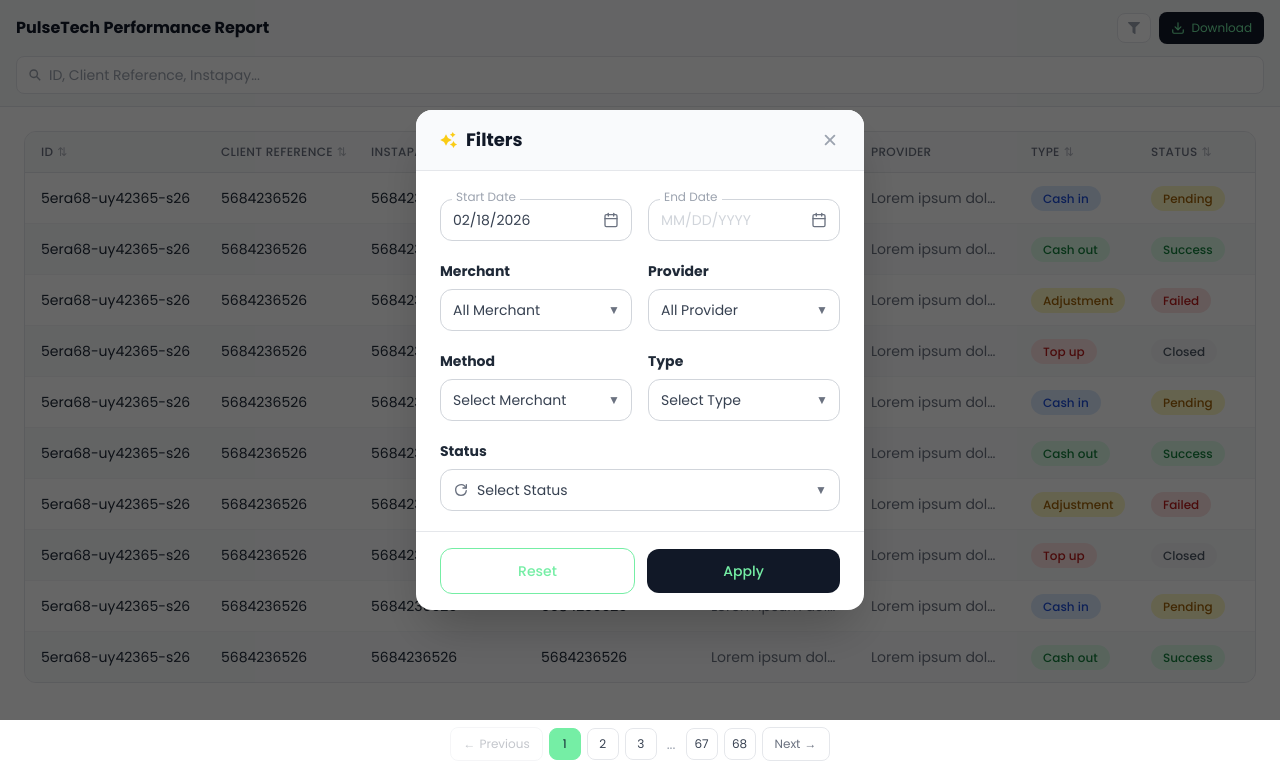
Repository: ShyrineJardin/pulse_admin
Page: /dashboard, after clicking the first element matching `button.flex`
The author's editor kept a copy of each file at every save. The page is drawn from the files as they stood at one save, then again after the next save.
The browser window is 1280 px wide. The pictures show the whole page.
The project was rebuilt for these pictures with package versions that can differ from the ones it lists, and the page was loaded fresh each time. Also part of the build but not shown: src/components/Login.jsx.

Above is the page before, as saved 2026-03-26 15:55:18.

### src/index.css
@import url('https://fonts.googleapis.com/css2?family=Inter:ital,opsz,wght@0,14..32,100..900;1,14..32,100..900&family=Poppins:ital,wght@0,100;0,200;0,300;0,400;0,500;0,600;0,700;0,800;0,900;1,100;1,200;1,300;1,400;1,500;1,600;1,700;1,800;1,900&display=swap');

@tailwind base;
@tailwind components;
@tailwind utilities;

*{
    margin: 0;
    padding: 0;
    box-sizing: border-box;
}

body {
    font-family: poppins, sans-serif;
}

### src/App.js
import { BrowserRouter, Routes, Route } from "react-router-dom";
import Login from "./components/Login";
import Dashboard from "./components/Dashboard";

function App() {
  return (
    <BrowserRouter>
      <Routes>
        <Route path="/" element={<Login />} />
        <Route path="/dashboard" element={<Dashboard />} />
      </Routes>
    </BrowserRouter>
  );
}

export default App;

### src/components/Dashboard.jsx
import { useState, useMemo, useRef, useEffect } from "react";
import { IoSearchSharp, IoClose } from "react-icons/io5";
import { FiDownload } from "react-icons/fi";
import { FaFilter } from "react-icons/fa";
import { RiSparkling2Fill } from "react-icons/ri";
import { LuCalendar } from "react-icons/lu";
import { TbReload } from "react-icons/tb";
import { BsThreeDotsVertical } from "react-icons/bs";

const TYPES = ["Cash in", "Cash out", "Adjustment", "Top up"];
const STATUSES = ["Pending", "Success", "Failed", "Closed"];

const TYPE_STYLES = {
  "Cash in":    "bg-blue-100 text-blue-700",
  "Cash out":   "bg-green-100 text-green-700",
  "Adjustment": "bg-yellow-100 text-yellow-700",
  "Top up":     "bg-red-100 text-red-700",
};

const STATUS_STYLES = {
  "Pending": "bg-yellow-100 text-yellow-700",
  "Success": "bg-green-100 text-green-700",
  "Failed":  "bg-red-100 text-red-700",
  "Closed":  "bg-gray-100 text-gray-600",
};

const generateData = (count = 680) =>
  Array.from({ length: count }, (_, i) => ({
    id: "5era68-uy42365-s26",
    clientRef: "5684236526",
    instapayRef: "5684236526",
    providerRef: "5684236526",
    merchant: "Lorem ipsum dolor sit amet",
    provider: "Lorem ipsum dolor sit amet",
    type: TYPES[i % TYPES.length],
    status: STATUSES[i % STATUSES.length],
    amount: "₱ 790.00",
    fees: "₱ 10.00",
    error: "N/A",
    paidDate: "01/09/2026",
    createdDate: "01/09/2026",
  }));

const ALL_DATA = generateData();
const PER_PAGE = 10;

// ── Filter Modal ──────────────────────────────────────────────
function FilterModal({ onClose, onApply }) {
  const [startDate, setStartDate] = useState("02/18/2026");
  const [endDate, setEndDate] = useState("");
  const [merchant, setMerchant] = useState("All Merchant");
  const [provider, setProvider] = useState("All Provider");
  const [method, setMethod] = useState("");
  const [type, setType] = useState("");
  const [status, setStatus] = useState("");

  const handleReset = () => {
    setStartDate(""); setEndDate("");
    setMerchant("All Merchant"); setProvider("All Provider");
    setMethod(""); setType(""); setStatus("");
  };

  return (
    <div className="fixed inset-0 z-50 flex items-center justify-center bg-black/60" onClick={onClose}>
      <div className="bg-white rounded-2xl w-full max-w-md mx-4 shadow-2xl" onClick={(e) => e.stopPropagation()}>
        <div className="flex items-center justify-between px-6 py-4 bg-[#F9FAFC] rounded-t-2xl border-b border-gray-200">
          <div className="flex items-center gap-2">
            <RiSparkling2Fill className="text-yellow-400 text-lg" />
            <h2 className="text-lg font-bold text-gray-900">Filters</h2>
          </div>
          <button onClick={onClose} className="text-gray-400 hover:text-gray-700">
            <IoClose className="text-xl" />
          </button>
        </div>

        <div className="px-6 py-5 space-y-5">
          {/* Dates */}
          <div className="grid grid-cols-2 gap-4">
            {[
              { label: "Start Date", value: startDate, setter: setStartDate },
              { label: "End Date",   value: endDate,   setter: setEndDate   },
            ].map(({ label, value, setter }) => (
              <div key={label} className="relative mt-2">
                <label className="absolute -top-2.5 left-3 bg-white px-1 text-xs text-gray-400 z-10">{label}</label>
                <div className="flex items-center border border-gray-300 rounded-xl px-3 py-2.5 gap-2">
                  <input type="text" value={value} onChange={(e) => setter(e.target.value)} placeholder="MM/DD/YYYY"
                    className="text-sm text-gray-700 outline-none w-full bg-transparent placeholder:text-gray-300" />
                  <LuCalendar className="text-gray-500 text-base flex-shrink-0" />
                </div>
              </div>
            ))}
          </div>

          {/* Merchant & Provider */}
          <div className="grid grid-cols-2 gap-4">
            {[
              { label: "Merchant", value: merchant, setter: setMerchant, options: ["All Merchant","Merchant A","Merchant B"] },
              { label: "Provider", value: provider, setter: setProvider, options: ["All Provider","Provider A","Provider B"] },
            ].map(({ label, value, setter, options }) => (
              <div key={label}>
                <label className="block text-sm font-bold text-gray-800 mb-2">{label}</label>
                <div className="relative">
                  <select value={value} onChange={(e) => setter(e.target.value)}
                    className="w-full appearance-none border border-gray-300 rounded-xl px-3 py-2.5 text-sm text-gray-700 outline-none bg-white cursor-pointer pr-8">
                    {options.map((o) => <option key={o}>{o}</option>)}
                  </select>
                  <span className="pointer-events-none absolute right-3 top-1/2 -translate-y-1/2 text-gray-500 text-xs">▼</span>
                </div>
              </div>
            ))}
          </div>

          {/* Method & Type */}
          <div className="grid grid-cols-2 gap-4">
            {[
              { label: "Method", value: method, setter: setMethod, placeholder: "Select Merchant", options: ["Online","Offline"] },
              { label: "Type",   value: type,   setter: setType,   placeholder: "Select Type",     options: TYPES },
            ].map(({ label, value, setter, placeholder, options }) => (
              <div key={label}>
                <label className="block text-sm font-bold text-gray-800 mb-2">{label}</label>
                <div className="relative">
                  <select value={value} onChange={(e) => setter(e.target.value)}
                    className="w-full appearance-none border border-gray-300 rounded-xl px-3 py-2.5 text-sm text-gray-700 outline-none bg-white cursor-pointer pr-8">
                    <option value="">{placeholder}</option>
                    {options.map((o) => <option key={o}>{o}</option>)}
                  </select>
                  <span className="pointer-events-none absolute right-3 top-1/2 -translate-y-1/2 text-gray-500 text-xs">▼</span>
                </div>
              </div>
            ))}
          </div>

          {/* Status */}
          <div>
            <label className="block text-sm font-bold text-gray-800 mb-2">Status</label>
            <div className="relative flex items-center border border-gray-300 rounded-xl px-3 py-2.5 gap-2">
              <TbReload className="text-gray-500 text-base flex-shrink-0" />
              <select value={status} onChange={(e) => setStatus(e.target.value)}
                className="w-full appearance-none text-sm text-gray-700 outline-none bg-transparent cursor-pointer pr-6">
                <option value="">Select Status</option>
                {STATUSES.map((s) => <option key={s}>{s}</option>)}
              </select>
              <span className="pointer-events-none absolute right-3 top-1/2 -translate-y-1/2 text-gray-500 text-xs">▼</span>
            </div>
          </div>
        </div>

        <div className="flex items-center gap-3 px-6 py-4 border-t border-gray-200">
          <button onClick={handleReset}
            className="flex-1 py-3 rounded-xl border border-primary text-primary text-sm font-medium hover:bg-green-50 transition-colors">
            Reset
          </button>
          <button onClick={() => { onApply({}); onClose(); }}
            className="flex-1 py-3 rounded-xl bg-gray-900 text-primary text-sm font-medium hover:bg-gray-800 transition-colors">
            Apply
          </button>
        </div>
      </div>
    </div>
  );
}

// ── Mobile Row Card ───────────────────────────────────────────
function MobileCard({ row, i }) {
  const [expanded, setExpanded] = useState(false);
  const [menuOpen, setMenuOpen] = useState(false);
  const menuRef = useRef(null);

  useEffect(() => {
    const handler = (e) => { if (menuRef.current && !menuRef.current.contains(e.target)) setMenuOpen(false); };
    document.addEventListener("mousedown", handler);
    return () => document.removeEventListener("mousedown", handler);
  }, []);

  const rowBg = i % 2 === 0 ? "bg-white" : "bg-[#F9FAFC]";

  const Field = ({ label, children }) => (
    <div className={`flex items-center justify-between py-3 px-4 border-b border-gray-100 ${rowBg}`}>
      <span className="text-xs font-semibold text-gray-500 tracking-wide uppercase w-36 flex-shrink-0">{label}</span>
      <span className="text-sm text-gray-800 text-right">{children}</span>
    </div>
  );

  return (
    <div className={`rounded-2xl border-2 border-dashed border-blue-300 overflow-hidden mb-3`}>
      {/* Card Header */}
      <div className={`flex items-center justify-between px-4 py-3 ${rowBg} border-b border-gray-100`}>
        <div className="flex items-center gap-2">
          <span className="text-xs font-semibold text-gray-500 uppercase tracking-wide">ID</span>
          <span className="text-sm font-semibold text-gray-800">{row.id}</span>
        </div>
        <div className="relative" ref={menuRef}>
          <button onClick={() => setMenuOpen((v) => !v)} className="p-1 rounded-md hover:bg-gray-100">
            <BsThreeDotsVertical className="text-gray-500" />
          </button>
          {menuOpen && (
            <div className="absolute right-0 top-8 z-20 bg-white rounded-xl shadow-lg border border-gray-100 overflow-hidden w-44">
              <button className="w-full text-left px-4 py-2.5 text-sm text-gray-700 hover:bg-gray-50">Details</button>
              <button className="w-full text-left px-4 py-2.5 text-sm text-white bg-primary hover:bg-dark-primary">Resend Webhook</button>
            </div>
          )}
        </div>
      </div>

      {/* Always-visible fields */}
      <Field label="Client Reference">{row.clientRef}</Field>
      <Field label="Instapay Reference">{row.instapayRef}</Field>
      <Field label="Provider Reference">{row.providerRef}</Field>
      <Field label="Merchant"><span className="truncate max-w-[160px] block">{row.merchant}</span></Field>
      <Field label="Provider"><span className="truncate max-w-[160px] block">{row.provider}</span></Field>
      <Field label="Type">
        <span className={`px-3 py-1 rounded-full text-xs font-medium ${TYPE_STYLES[row.type]}`}>{row.type}</span>
      </Field>
      <Field label="Status">
        <span className={`px-3 py-1 rounded-full text-xs font-medium ${STATUS_STYLES[row.status]}`}>{row.status}</span>
      </Field>
      <Field label="Amount">{row.amount}</Field>

      {/* Expandable fields */}
      {expanded && (
        <>
          <Field label="Fees">{row.fees}</Field>
          <Field label="Error">{row.error}</Field>
          <Field label="Paid Date">{row.paidDate}</Field>
          <Field label="Created Date">{row.createdDate}</Field>
        </>
      )}

      {/* Show More / Less */}
      <button
        onClick={() => setExpanded((v) => !v)}
        className={`w-full py-3 text-sm font-bold text-gray-800 text-center border-t border-gray-200 ${rowBg} hover:bg-gray-100 transition-colors`}
      >
        {expanded ? "Show Less" : "Show More"}
      </button>
    </div>
  );
}

// ── Main Dashboard ────────────────────────────────────────────
export default function Dashboard() {
  const [search, setSearch] = useState("");
  const [currentPage, setCurrentPage] = useState(1);
  const [sortCol, setSortCol] = useState(null);
  const [sortAsc, setSortAsc] = useState(true);
  const [showFilter, setShowFilter] = useState(false);

  const filtered = useMemo(() => {
    const q = search.toLowerCase();
    return ALL_DATA.filter((r) =>
      r.id.toLowerCase().includes(q) ||
      r.clientRef.includes(q) ||
      r.instapayRef.includes(q) ||
      r.type.toLowerCase().includes(q) ||
      r.status.toLowerCase().includes(q)
    );
  }, [search]);

  const totalPages = Math.ceil(filtered.length / PER_PAGE);

  const pageData = useMemo(() => {
    const start = (currentPage - 1) * PER_PAGE;
    return filtered.slice(start, start + PER_PAGE);
  }, [filtered, currentPage]);

  const handleSearch = (e) => { setSearch(e.target.value); setCurrentPage(1); };
  const handleSort = (col) => {
    if (sortCol === col) setSortAsc((p) => !p);
    else { setSortCol(col); setSortAsc(true); }
  };
  const goPage = (p) => { if (p >= 1 && p <= totalPages) setCurrentPage(p); };

  const getPaginationPages = () => {
    const pages = new Set([1, 2, 3, totalPages - 1, totalPages, currentPage - 1, currentPage, currentPage + 1]);
    return [...pages].filter((p) => p >= 1 && p <= totalPages).sort((a, b) => a - b);
  };

  const SortIcon = ({ col }) => (
    <span className="ml-1 opacity-50 text-xs">{sortCol === col ? (sortAsc ? "▲" : "▼") : "⇅"}</span>
  );

  const columns = [
    { label: "ID",                 col: "id",          className: "w-[180px] min-w-[180px]" },
    { label: "CLIENT REFERENCE",   col: "clientRef",   className: "w-[150px] min-w-[150px]" },
    { label: "INSTAPAY REFERENCE", col: "instapayRef", className: "w-[170px] min-w-[170px]" },
    { label: "PROVIDER REFERENCE", col: "providerRef", className: "w-[170px] min-w-[170px]" },
    { label: "MERCHANT",           col: null,          className: "w-[160px] min-w-[160px]" },
    { label: "PROVIDER",           col: null,          className: "w-[160px] min-w-[160px]" },
    { label: "TYPE",               col: "type",        className: "w-[120px] min-w-[120px]" },
    { label: "STATUS",             col: "status",      className: "w-[110px] min-w-[110px]" },
    { label: "AMOUNT",             col: null,          className: "w-[100px] min-w-[100px]" },
    { label: "FEES",               col: null,          className: "w-[80px]  min-w-[80px]"  },
    { label: "ERROR",              col: null,          className: "w-[80px]  min-w-[80px]"  },
    { label: "PAID DATE",          col: null,          className: "w-[110px] min-w-[110px]" },
    { label: "CREATED DATE",       col: null,          className: "w-[120px] min-w-[120px]" },
    { label: "ACTIONS",            col: null,          className: "w-[220px] min-w-[180px]" },
  ];

  const Pagination = () => (
    <div className="flex items-center justify-center gap-1.5 py-5 flex-wrap">
      <button onClick={() => goPage(currentPage - 1)} disabled={currentPage === 1}
        className="flex items-center gap-1 px-3 py-2 text-xs border border-gray-200 rounded-lg text-gray-500 hover:bg-primary hover:text-btn-text disabled:opacity-40 disabled:cursor-not-allowed">
        ← <span className="hidden sm:inline">Previous</span>
      </button>

      {getPaginationPages().reduce((acc, page, idx, arr) => {
        if (idx > 0 && page - arr[idx - 1] > 1)
          acc.push(<span key={`e-${page}`} className="px-1 text-gray-400 text-sm">...</span>);
        acc.push(
          <button key={page} onClick={() => goPage(page)}
            className={`w-8 h-8 text-xs rounded-lg border ${currentPage === page ? "bg-primary text-btn-text border-primary" : "border-gray-200 text-gray-700 hover:bg-gray-50"}`}>
            {page}
          </button>
        );
        return acc;
      }, [])}

      <button onClick={() => goPage(currentPage + 1)} disabled={currentPage === totalPages}
        className="flex items-center gap-1 px-3 py-2 text-xs border border-gray-200 rounded-lg text-gray-500 hover:bg-primary hover:text-btn-text disabled:opacity-40 disabled:cursor-not-allowed">
        <span className="hidden sm:inline">Next</span> →
      </button>
    </div>
  );

  return (
    <div className="min-h-screen bg-white">
      {showFilter && <FilterModal onClose={() => setShowFilter(false)} onApply={(f) => console.log(f)} />}

      {/* ── Header ── */}
      <div className="bg-[#F9FAFC] border-b border-gray-200 px-4 py-3">
        {/* Top row: title + action buttons */}
        <div className="flex items-center justify-between gap-2 mb-3">
          <h1 className="text-base font-bold text-gray-900 leading-tight">PulseTech Performance Report</h1>
          <div className="flex items-center gap-2 flex-shrink-0">
            <button onClick={() => setShowFilter(true)}
              className="flex items-center gap-1.5 px-2.5 py-2 text-sm bg-white border border-gray-200 rounded-lg text-gray-600 hover:scale-105 transition-transform">
              <FaFilter className="text-gray-400 text-xs" />
            </button>
            <button className="flex items-center gap-1.5 px-3 py-2 text-sm bg-gray-900 text-primary rounded-lg hover:bg-gray-800 whitespace-nowrap">
              <FiDownload className="text-primary text-sm" />
              <span className="hidden sm:inline text-xs">Download</span>
            </button>
          </div>
        </div>
        {/* Bottom row: search full width */}
        <div className="relative w-full">
          <IoSearchSharp className="absolute left-3 top-1/2 -translate-y-1/2 text-gray-400 text-sm" />
          <input type="text" value={search} onChange={handleSearch}
            placeholder="ID, Client Reference, Instapay..."
            className="w-full pl-8 pr-4 py-2 text-sm border border-gray-200 rounded-lg outline-none focus:border-gray-400 bg-white" />
        </div>
      </div>

      {/* ── Mobile Cards (hidden on md+) ── */}
      <div className="block md:hidden px-4 pt-4">
        {pageData.map((row, i) => <MobileCard key={i} row={row} i={i} />)}
        <Pagination />
      </div>

      {/* ── Desktop Table (hidden on mobile) ── */}
      <div className="hidden md:block">
        <div className="m-6 border border-gray-200 rounded-xl overflow-auto">
          <table className="w-full text-sm table-fixed">
            <thead>
              <tr className="bg-[#F9FAFC] border-b border-gray-200">
                {columns.map(({ label, col, className }) => (
                  <th key={label} onClick={() => col && handleSort(col)}
                    className={`px-4 py-3 text-left text-xs font-medium text-gray-500 tracking-wide whitespace-nowrap ${col ? "cursor-pointer hover:text-gray-800" : ""} ${className}`}>
                    {label}{col && <SortIcon col={col} />}
                  </th>
                ))}
              </tr>
            </thead>
            <tbody>
              {pageData.map((row, i) => (
                <tr key={i} className={`border-b border-gray-100 last:border-none ${i % 2 === 0 ? "bg-white" : "bg-[#F9FAFC]"}`}>
                  <td className="px-4 py-3 text-gray-800 whitespace-nowrap">{row.id}</td>
                  <td className="px-4 py-3 text-gray-800 whitespace-nowrap">{row.clientRef}</td>
                  <td className="px-4 py-3 text-gray-800 whitespace-nowrap">{row.instapayRef}</td>
                  <td className="px-4 py-3 text-gray-800 whitespace-nowrap">{row.providerRef}</td>
                  <td className="px-4 py-3 text-gray-500 truncate">{row.merchant}</td>
                  <td className="px-4 py-3 text-gray-500 truncate">{row.provider}</td>
                  <td className="px-4 py-3 whitespace-nowrap">
                    <span className={`px-3 py-1 rounded-full text-xs font-medium ${TYPE_STYLES[row.type]}`}>{row.type}</span>
                  </td>
                  <td className="px-4 py-3 whitespace-nowrap">
                    <span className={`px-3 py-1 rounded-full text-xs font-medium ${STATUS_STYLES[row.status]}`}>{row.status}</span>
                  </td>
                  <td className="px-4 py-3 text-gray-800 tabular-nums whitespace-nowrap">{row.amount}</td>
                  <td className="px-4 py-3 text-gray-800 tabular-nums whitespace-nowrap">{row.fees}</td>
                  <td className="px-4 py-3 text-gray-800 whitespace-nowrap">{row.error}</td>
                  <td className="px-4 py-3 text-gray-800 whitespace-nowrap">{row.paidDate}</td>
                  <td className="px-4 py-3 text-gray-800 whitespace-nowrap">{row.createdDate}</td>
                  <td className="px-4 py-3 whitespace-nowrap">
                    <div className="flex gap-2">
                      <button className="px-3 py-1 text-xs border border-gray-200 rounded-md hover:bg-gray-100">Details</button>
                      <button className="px-3 py-1 text-xs bg-primary text-btn-text rounded-md hover:bg-dark-primary">Resend Webhook</button>
                    </div>
                  </td>
                </tr>
              ))}
            </tbody>
          </table>
        </div>
        <Pagination />
      </div>
    </div>
  );
}

### tailwind.config.js
/** @type {import('tailwindcss').Config} */
module.exports = {
  content: [
    "./src/**/*.{js,jsx,ts,tsx}",
  ],
  theme: {
    extend: {
        colors: {
          'subtext': '#434245',
          'primary': '#75EEA5',
          'btn-text': '#112432',
          'dark-primary': '#007C5E',
          'border': 'A0A0A0',
        },
    }
  },
  plugins: [],
}

Loaded but not shown: public/index.html (common file); src/index.js (common file); src/reportWebVitals.js (common file)

After the next save:
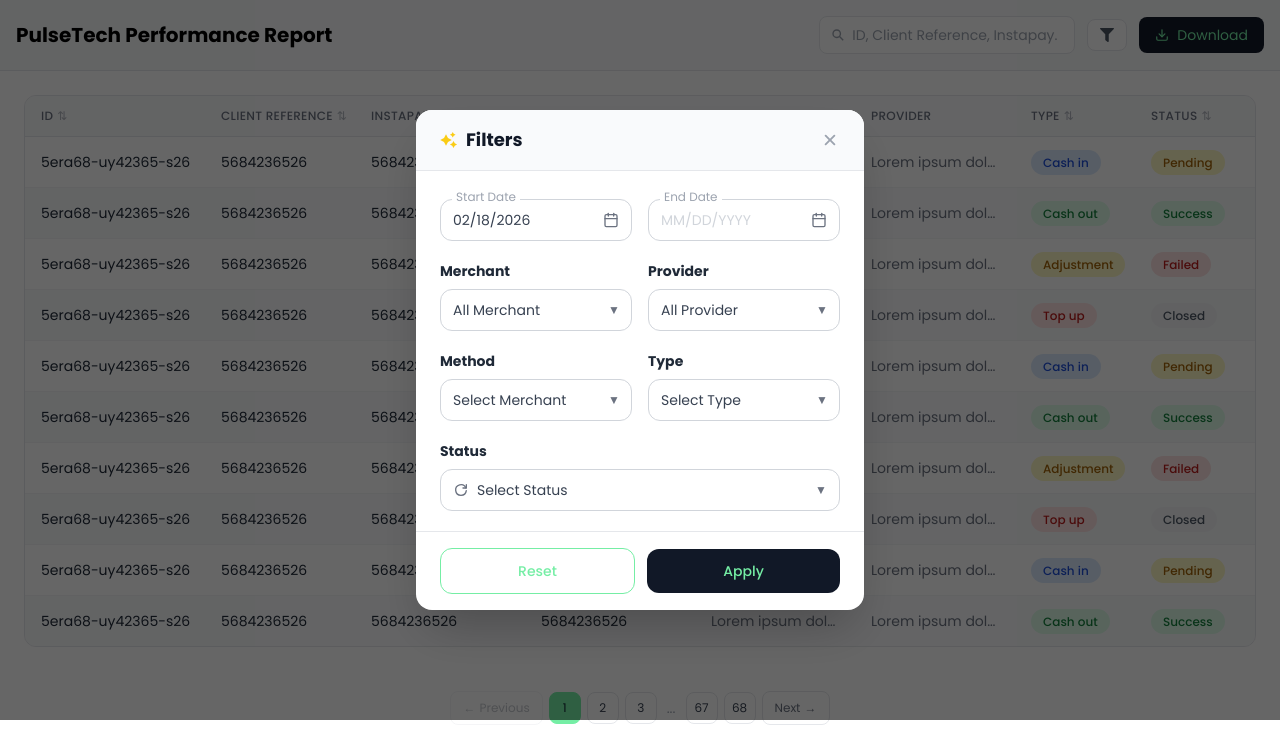
Saved 56 s later.
--- a/src/components/Dashboard.jsx
+++ b/src/components/Dashboard.jsx
@@ -326,28 +326,30 @@
     <div className="min-h-screen bg-white">
       {showFilter && <FilterModal onClose={() => setShowFilter(false)} onApply={(f) => console.log(f)} />}
 
-      {/* ── Header ── */}
-      <div className="bg-[#F9FAFC] border-b border-gray-200 px-4 py-3">
-        {/* Top row: title + action buttons */}
-        <div className="flex items-center justify-between gap-2 mb-3">
-          <h1 className="text-base font-bold text-gray-900 leading-tight">PulseTech Performance Report</h1>
-          <div className="flex items-center gap-2 flex-shrink-0">
-            <button onClick={() => setShowFilter(true)}
-              className="flex items-center gap-1.5 px-2.5 py-2 text-sm bg-white border border-gray-200 rounded-lg text-gray-600 hover:scale-105 transition-transform">
-              <FaFilter className="text-gray-400 text-xs" />
-            </button>
-            <button className="flex items-center gap-1.5 px-3 py-2 text-sm bg-gray-900 text-primary rounded-lg hover:bg-gray-800 whitespace-nowrap">
-              <FiDownload className="text-primary text-sm" />
-              <span className="hidden sm:inline text-xs">Download</span>
-            </button>
-          </div>
-        </div>
-        {/* Bottom row: search full width */}
-        <div className="relative w-full">
-          <IoSearchSharp className="absolute left-3 top-1/2 -translate-y-1/2 text-gray-400 text-sm" />
-          <input type="text" value={search} onChange={handleSearch}
-            placeholder="ID, Client Reference, Instapay..."
-            className="w-full pl-8 pr-4 py-2 text-sm border border-gray-200 rounded-lg outline-none focus:border-gray-400 bg-white" />
+            {/* Header */}
+      <div className="flex items-start md:items-center flex-col md:flex-row justify-between mb-6 bg-[#F9FAFC] w-full p-4 border-b border-gray-200">
+        <h1 className="text-lg lg:text-xl font-bold">PulseTech Performance Report</h1>
+        <div className="flex items-center gap-1.5 lg:gap-3">
+          <div className="relative">
+            <IoSearchSharp className="absolute left-3 top-1/2 -translate-y-1/2 text-gray-400 text-sm" />
+            <input
+              type="text"
+              value={search}
+              onChange={handleSearch}
+              placeholder="ID, Client Reference, Instapay..."
+              className="pl-8 pr-4 py-2 text-sm border border-gray-200 rounded-lg w-64 outline-none focus:border-gray-400"
+            />
+          </div>
+          <button
+            onClick={() => setShowFilter(true)}
+            className="flex items-center gap-2 px-3 py-2 text-sm bg-white border border-gray-200 rounded-lg text-gray-600 hover:scale-105 transition-transform"
+          >
+            <FaFilter />
+          </button>
+          <button className="flex items-center gap-2 px-4 py-2 text-sm bg-gray-900 text-primary rounded-lg hover:bg-gray-800">
+            <FiDownload className="text-primary" />
+            <span>Download</span>
+          </button>
         </div>
       </div>
 
